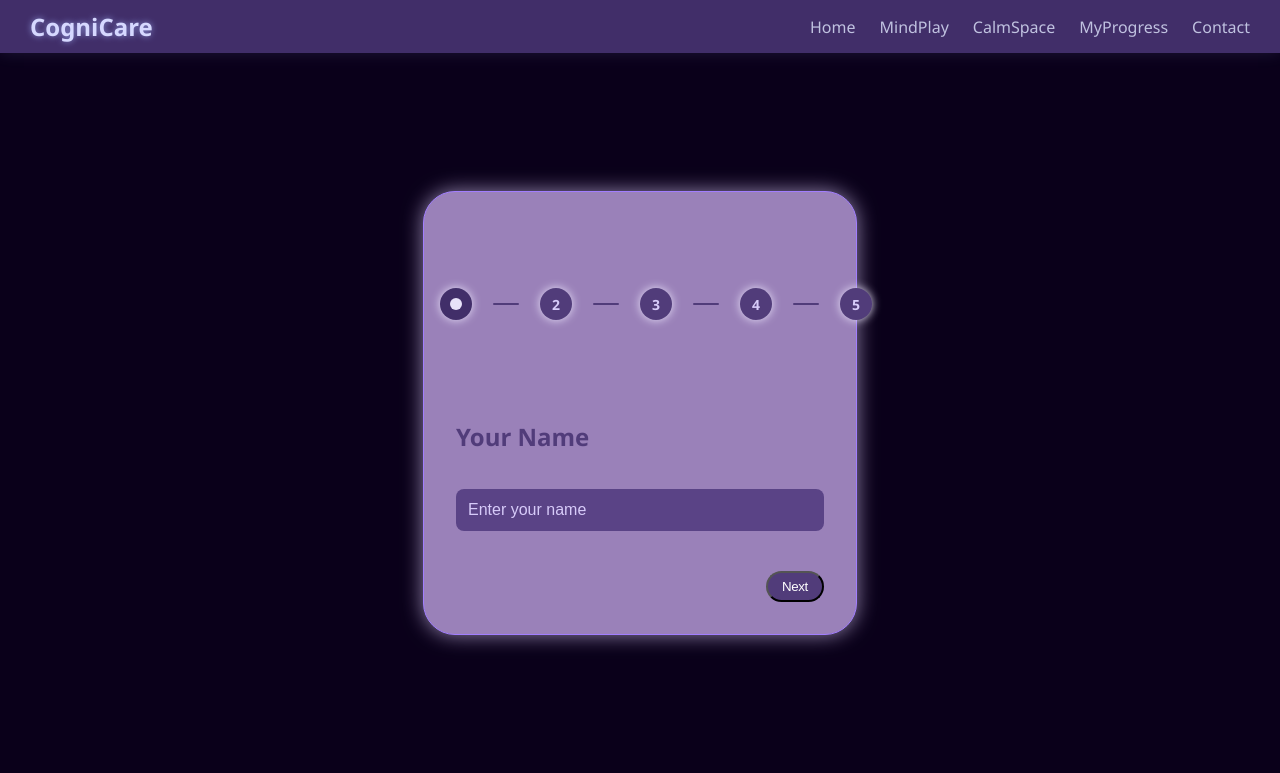
Repository: rujularaut/CogniCare
Page: /signup
An editor plug-in stored every save of this project. The page is shown before and after a run of saves, followed by the edit.
The browser window is 1280 px wide. The pictures show the whole page.
The project was rebuilt for these pictures with package versions that can differ from the ones it lists, and the page was loaded fresh each time. Also part of the build but not shown: src/components/Welcome.css, src/components/Welcome.js, src/components/Particles.css, src/components/Particles.js, src/components/Meditation.css, src/components/Meditation.js, src/components/Signup.css, src/components/Signup.js and 2 more.

Above is the page before, as saved 2025-06-24 15:33:50.

After the next 2 saves:
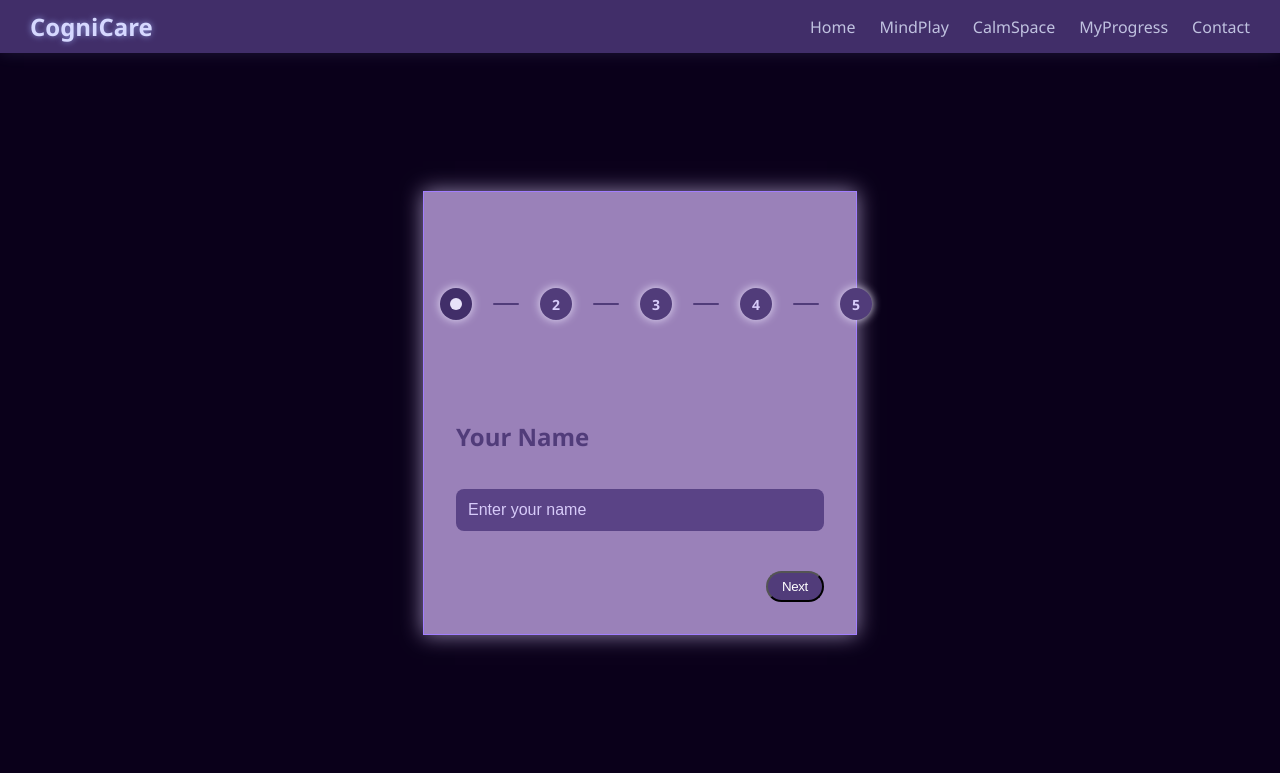
The 2 saves are shown as one change because they came seconds apart.
The last was saved 18 s later.
--- a/src/components/Stepper.css
+++ b/src/components/Stepper.css
@@ -25,7 +25,7 @@
   margin-right: auto;
   width: 100%;
   max-width: 27rem;
-  border-radius: 2rem;
+  border-radius: rem;
   box-shadow: 0 20px 25px -5px rgba(207, 178, 246, 0.1),
     0 10px 10px -5px rgba(210, 198, 248, 0.04);
   background-color: #9a81b9;  /* soft purple or your choice */

After the 2 saves that followed:
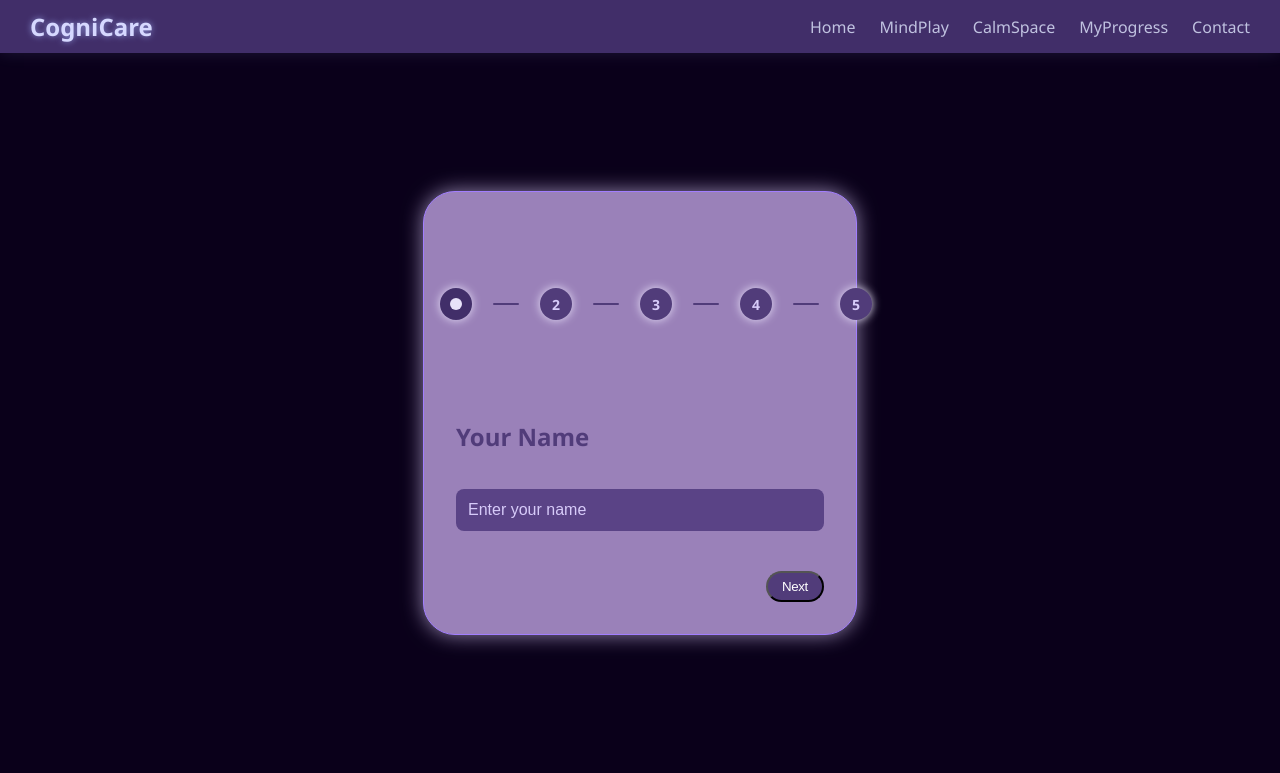
The 2 saves are shown as one change because they came seconds apart.
The last was saved 7 s later.
--- a/src/components/Stepper.css
+++ b/src/components/Stepper.css
@@ -25,7 +25,7 @@
   margin-right: auto;
   width: 100%;
   max-width: 27rem;
-  border-radius: rem;
+  border-radius: 2rem;
   box-shadow: 0 20px 25px -5px rgba(207, 178, 246, 0.1),
     0 10px 10px -5px rgba(210, 198, 248, 0.04);
   background-color: #9a81b9;  /* soft purple or your choice */
